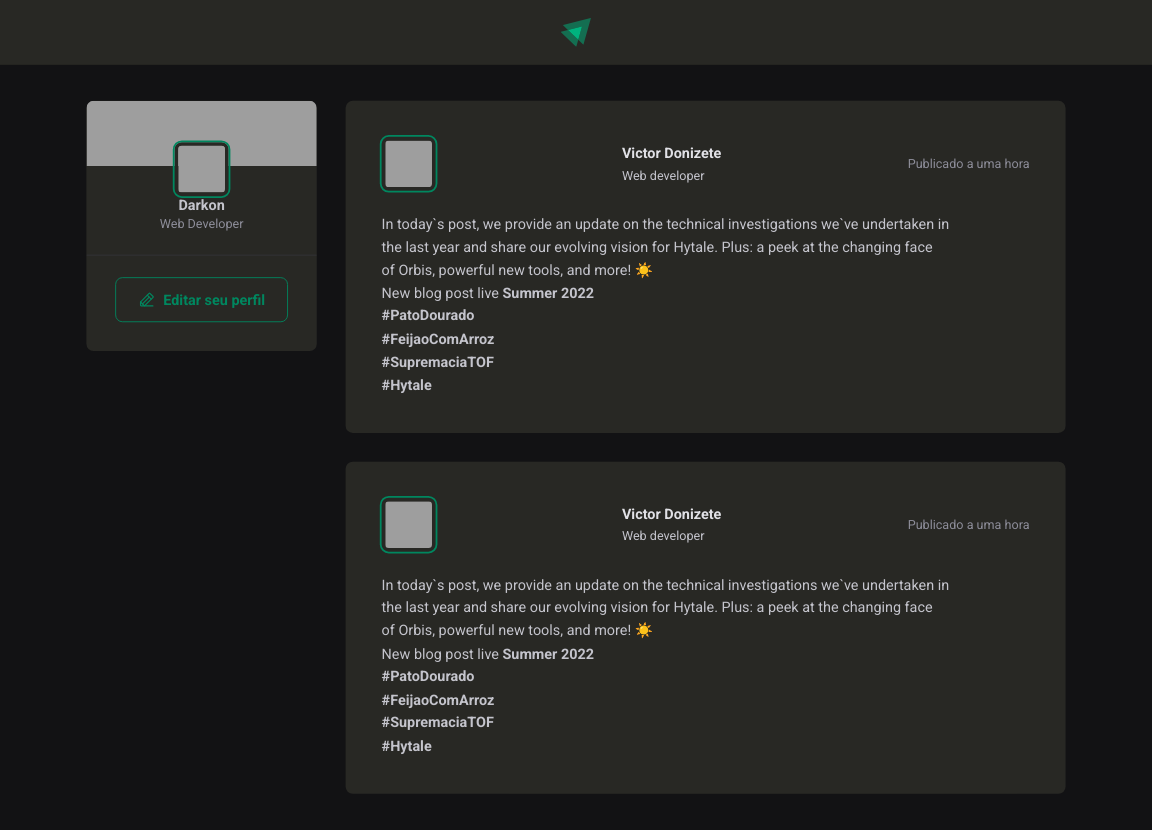
Repository: viviij/PseudoRedeSocial
Page: /
These files come from the project's save history. The page is drawn as it stood at one moment and after the next save; the edit follows.
The browser window is 1280 px wide. The pictures show the whole page, at 90% of full size.
Pictures or frames that could not be fetched are drawn as grey boxes. The project was rebuilt for these pictures with package versions that can differ from the ones it lists, and the page was loaded fresh each time. Also part of the build but not shown: vite.config.js.

Above is the page before, as saved 2022-08-02 12:01:32.

After the next save:
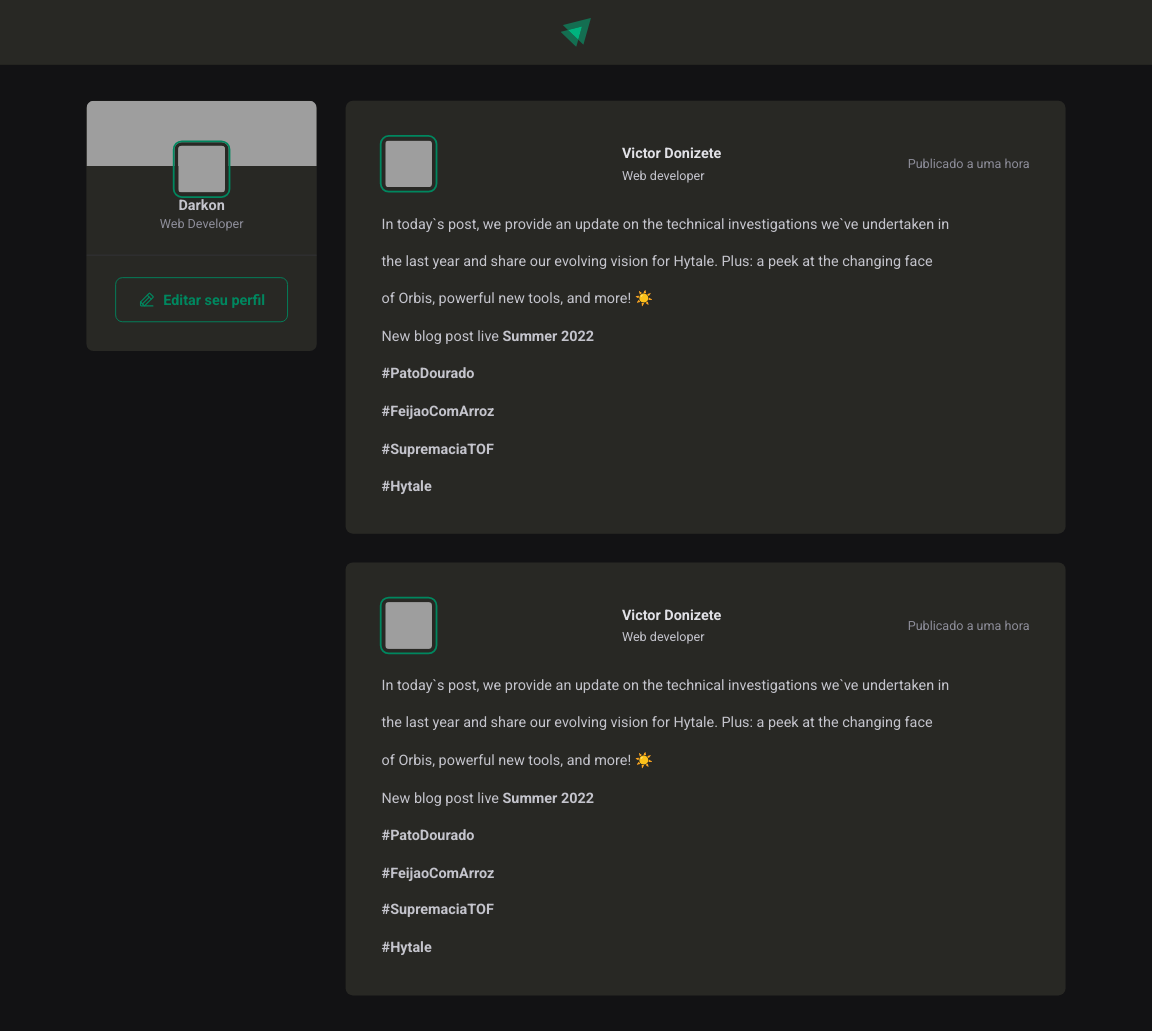
Saved 5 min 35 s later.
--- a/src/components/Post.module.css
+++ b/src/components/Post.module.css
@@ -12,6 +12,10 @@
   line-height: 1.6;
   color: var(--gray-300);
   margin-top: 1.5rem;
+}
+
+.content p {
+  margin-top: 1rem;
 }
 
 .content a {
@@ -32,12 +36,12 @@
 
 .post>header time {
   font-size: 0.875rem;
-  color: var(--gray-400)
+  color: var(--gray-400);
 }
 
 .author {
   display: flex;
-  align-items: center;
+
   gap: 1rem;
 }
 
